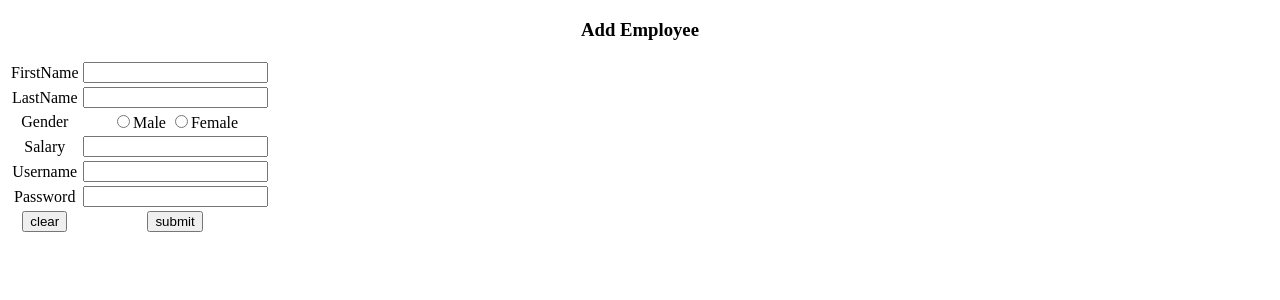
Repository: mounikrishna/java
Page: Servelts,JSP,JSTL/WebBasedApp/WebContent/registration.html
The author's editor kept a copy of each file at every save. The page is drawn from the files as they stood at one save, then again after the next save.
The browser window is 1280 px wide. The pictures show the whole page.

Above is the page before, as saved 2020-01-19 01:14:31.

After the next save:
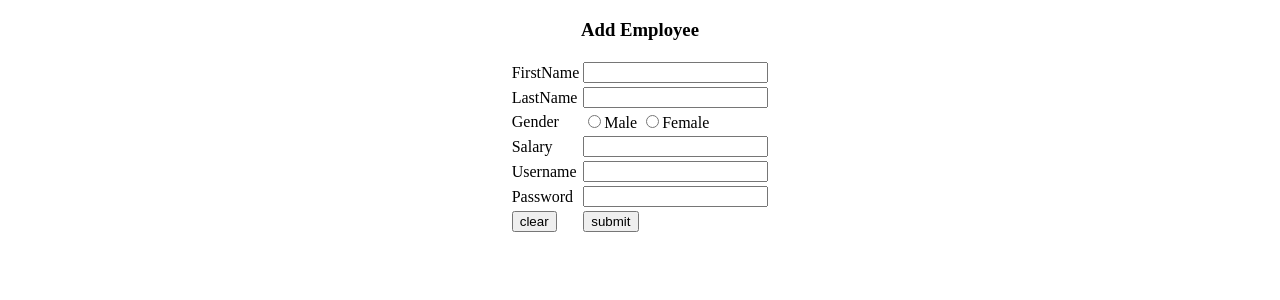
Saved 20 s later.
--- a/Servelts,JSP,JSTL/WebBasedApp/WebContent/registration.html
+++ b/Servelts,JSP,JSTL/WebBasedApp/WebContent/registration.html
@@ -6,8 +6,8 @@
 	</head>
 	<body>
 		<h3 align = "center">Add Employee</h3>
-		<form align = "center">
-			<table>
+		<form >
+			<table align = "center">
 				<tr>
 					<td>FirstName</td>
 					<td><input type = "text" name= "firstname"></td>
